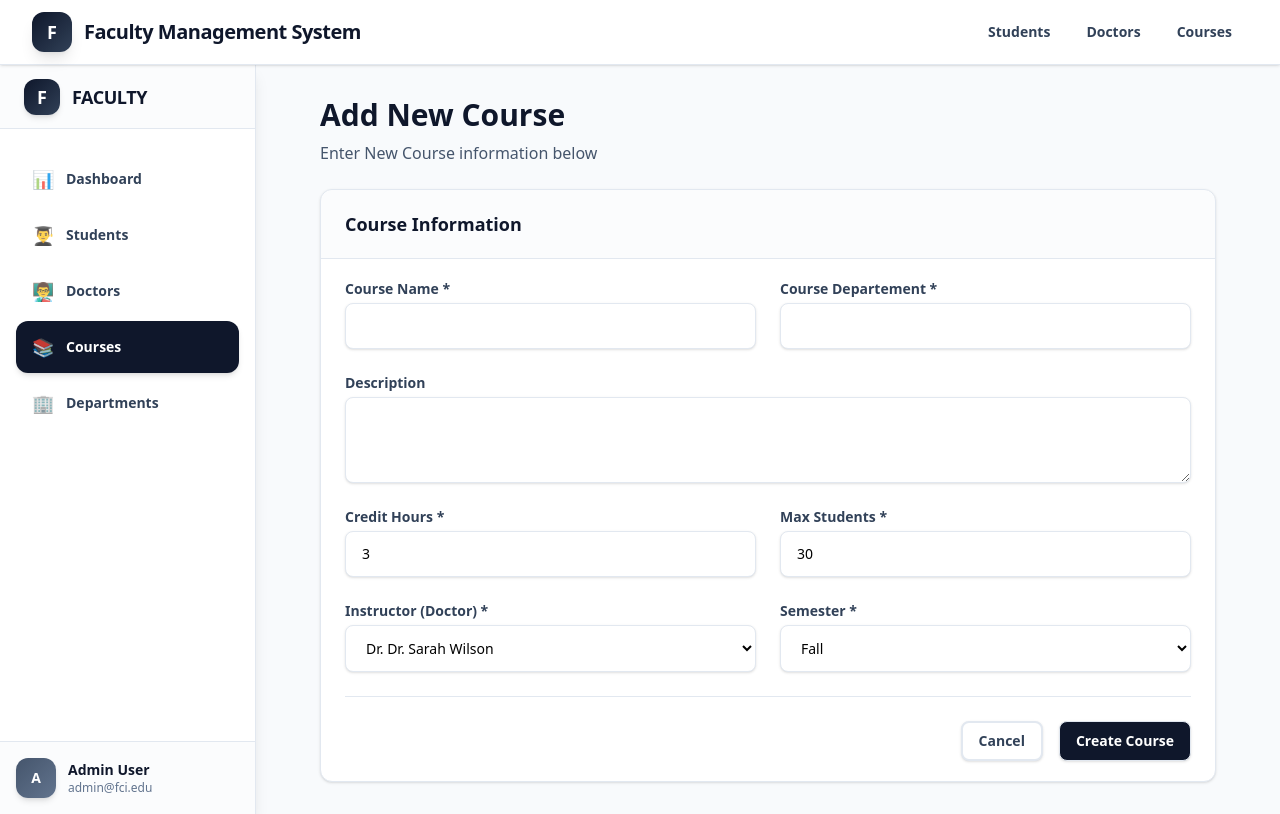
Repository: Mohamedmohsen179/Advanced-DB-Task
Page: /courses/new (app in frontend/)
These files come from the project's save history. The page is drawn as it stood at one moment and after the next save; the edit follows.
The browser window is 1280 px wide. The pictures show the whole page.
The project was rebuilt for these pictures with package versions that can differ from the ones it lists, and the page was loaded fresh each time. The framework's server and built-in components were replaced by stand-ins that run in the browser. Settings that the repository does not hold, such as keys and server addresses, were given made-up values. Also part of the build but not shown: frontend/next.config.ts.

Above is the page before, as saved 2025-11-29 01:50:54.

### frontend/app/layout.tsx
import type { Metadata } from "next";
import { Geist, Geist_Mono } from "next/font/google";
import "./globals.css";
import MainLayout from "../components/layout/MainLayout";

const geistSans = Geist({
  variable: "--font-geist-sans",
  subsets: ["latin"],
});

const geistMono = Geist_Mono({
  variable: "--font-geist-mono",
  subsets: ["latin"],
});

export const metadata: Metadata = {
  title: "University Management System",
  description: "A comprehensive university management system built with Next.js and TypeScript",
};

export default function RootLayout({
  children,
}: Readonly<{
  children: React.ReactNode;
}>) {
  return (
    <html lang="en">
      <body
        className={`${geistSans.variable} ${geistMono.variable} antialiased`}
      >
        <MainLayout>{children}</MainLayout>
      </body>
    </html>
  );
}

### frontend/app/courses/new/page.tsx
'use client';

import { useState, useEffect } from 'react';
import { useRouter } from 'next/navigation';
import { CreateCourseRequest } from '../../../types';
import { apiService } from '../../../services/api';
import { Card, CardContent, CardHeader } from '../../../components/ui/Card';
import Button from '../../../components/ui/Button';

export default function NewCoursePage() {
  const router = useRouter();
  const [loading, setLoading] = useState(false);
  const [error, setError] = useState<string | null>(null);
  const [departments, setDepartments] = useState<{ id: string; name: string; code: string }[]>([]);
  const [doctors, setDoctors] = useState<{ id: string; firstName: string; lastName: string }[]>([]);

  const [formData, setFormData] = useState<CreateCourseRequest>({
    name: '',
    code: '',
    description: '',
    credits: 3,
    departmentId: '',
    instructorId: '',
    semester: 'fall',
    year: new Date().getFullYear(),
    maxStudents: 30,
    prerequisites: [],
    syllabus: '',
    startDate: '',
    endDate: '',
  });

  const [prerequisiteInput, setPrerequisiteInput] = useState('');

  useEffect(() => {
    loadDepartments();
    loadDoctors();
  }, []);

  const loadDepartments = async () => {
    try {
      const response = await apiService.getDepartments();
      if (response.success && response.data.length > 0) {
        setDepartments(response.data.map(d => ({ id: d.id, name: d.name, code: d.code })));
        if (!formData.departmentId) {
          setFormData(prev => ({ ...prev, departmentId: response.data[0].id }));
        }
      }
    } catch (err) {
      console.error('Error loading departments:', err);
    }
  };

  const loadDoctors = async () => {
    try {
      const response = await apiService.getDoctors();
      if (response.success && response.data.length > 0) {
        setDoctors(response.data.map(d => ({ id: d.id, firstName: d.firstName, lastName: d.lastName })));
        if (!formData.instructorId) {
          setFormData(prev => ({ ...prev, instructorId: response.data[0].id }));
        }
      }
    } catch (err) {
      console.error('Error loading doctors:', err);
    }
  };

  const handleInputChange = (e: React.ChangeEvent<HTMLInputElement | HTMLSelectElement | HTMLTextAreaElement>) => {
    const { name, value } = e.target;
    setFormData(prev => ({
      ...prev,
      [name]: name === 'credits' || name === 'year' || name === 'maxStudents'
        ? parseInt(value) || 0
        : value,
    }));
  };

  const addPrerequisite = () => {
    if (prerequisiteInput.trim()) {
      setFormData(prev => ({
        ...prev,
        prerequisites: [...(prev.prerequisites || []), prerequisiteInput.trim()],
      }));
      setPrerequisiteInput('');
    }
  };

  const removePrerequisite = (index: number) => {
    setFormData(prev => ({
      ...prev,
      prerequisites: prev.prerequisites?.filter((_, i) => i !== index) || [],
    }));
  };

  const handleSubmit = async (e: React.FormEvent) => {
    e.preventDefault();
    setLoading(true);
    setError(null);

    try {
      const response = await apiService.createCourse(formData);

      if (response.success) {
        router.push('/courses');
      } else {
        setError('Failed to create course');
      }
    } catch (err) {
      setError('An error occurred while creating the course');
      console.error('Error creating course:', err);
    } finally {
      setLoading(false);
    }
  };

  return (
    <div className="max-w-4xl mx-auto">
      <div className="mb-6">
        <h1 className="text-3xl font-bold text-slate-900">Add New Course</h1>
        <p className="mt-2 text-base text-slate-600">
          Enter New Course information below
        </p>
      </div>

      {error && (
        <div className="mb-6 bg-red-50 border border-red-200 rounded-md p-4">
          <div className="flex">
            <div className="flex-shrink-0">
              <svg className="h-5 w-5 text-red-400" viewBox="0 0 20 20" fill="currentColor">
                <path fillRule="evenodd" d="M10 18a8 8 0 100-16 8 8 0 000 16zM8.707 7.293a1 1 0 00-1.414 1.414L8.586 10l-1.293 1.293a1 1 0 101.414 1.414L10 11.414l1.293 1.293a1 1 0 001.414-1.414L11.414 10l1.293-1.293a1 1 0 00-1.414-1.414L10 8.586 8.707 7.293z" clipRule="evenodd" />
              </svg>
            </div>
            <div className="ml-3">
              <h3 className="text-sm font-medium text-red-800">Error</h3>
              <div className="mt-2 text-sm text-red-700">
                <p>{error}</p>
              </div>
            </div>
          </div>
        </div>
      )}

      <Card>
        <CardHeader>
          <h2 className="text-lg font-semibold text-slate-900">Course Information</h2>
        </CardHeader>
        <CardContent>
          <form onSubmit={handleSubmit} className="space-y-6">
            <div className="grid grid-cols-1 md:grid-cols-2 gap-6">
              <div>
                <label htmlFor="name" className="block text-sm font-semibold text-slate-700">
                  Course Name *
                </label>
                <input
                  type="text"
                  id="name"
                  name="name"
                  required
                  value={formData.name}
                  onChange={handleInputChange}
                  className="text-black mt-1 block w-full border border-slate-300 rounded-lg px-4 py-3 text-sm focus:outline-none focus:ring-2 focus:ring-slate-500 focus:border-slate-500 transition-all duration-200 bg-white shadow-sm"
                />
              </div>

              <div>
                <label htmlFor="code" className="block text-sm font-semibold text-slate-700">
                  Course Departement *
                </label>
                <input
                  type="text"
                  id="code"
                  name="code"
                  required
                  value={formData.code}
                  onChange={handleInputChange}
                  className="text-black mt-1 block w-full border border-slate-300 rounded-lg px-4 py-3 text-sm focus:outline-none focus:ring-2 focus:ring-slate-500 focus:border-slate-500 transition-all duration-200 bg-white shadow-sm"
                />
              </div>

              <div className="md:col-span-2">
                <label htmlFor="description" className="block text-sm font-semibold text-slate-700">
                  Description
                </label>
                <textarea
                  id="description"
                  name="description"
                  rows={3}
                  value={formData.description}
                  onChange={handleInputChange}
                  className="text-black mt-1 block w-full border border-slate-300 rounded-lg px-4 py-3 text-sm focus:outline-none focus:ring-2 focus:ring-slate-500 focus:border-slate-500 transition-all duration-200 bg-white shadow-sm"
                />
              </div>

              <div>
                <label htmlFor="credits" className="block text-sm font-semibold text-slate-700">
                  Credit Hours *
                </label>
                <input
                  type="number"
                  id="credits"
                  name="credits"
                  required
                  min="1"
                  max="6"
                  value={formData.credits}
                  onChange={handleInputChange}
                  className="text-black mt-1 block w-full border border-slate-300 rounded-lg px-4 py-3 text-sm focus:outline-none focus:ring-2 focus:ring-slate-500 focus:border-slate-500 transition-all duration-200 bg-white shadow-sm"
                />
              </div>

              <div>
                <label htmlFor="maxStudents" className="block text-sm font-semibold text-slate-700">
                  Max Students *
                </label>
                <input
                  type="number"
                  id="maxStudents"
                  name="maxStudents"
                  required
                  min="1"
                  value={formData.maxStudents}
                  onChange={handleInputChange}
                  className="text-black mt-1 block w-full border border-slate-300 rounded-lg px-4 py-3 text-sm focus:outline-none focus:ring-2 focus:ring-slate-500 focus:border-slate-500 transition-all duration-200 bg-white shadow-sm"
                />
              </div>

              <div>
                <label htmlFor="instructorId" className="block text-sm font-semibold text-slate-700">
                  Instructor (Doctor) *
                </label>
                <select
                  id="instructorId"
                  name="instructorId"
                  required
                  value={formData.instructorId}
                  onChange={handleInputChange}
                  className="text-black mt-1 block w-full border border-slate-300 rounded-lg px-4 py-3 text-sm focus:outline-none focus:ring-2 focus:ring-slate-500 focus:border-slate-500 transition-all duration-200 bg-white shadow-sm"
                >
                  <option value="">Select Instructor</option>
                  {doctors.map(doctor => (
                    <option key={doctor.id} value={doctor.id}>
                      Dr. {doctor.firstName} {doctor.lastName}
                    </option>
                  ))}
                </select>
              </div>

              <div>
                <label htmlFor="semester" className="block text-sm font-semibold text-slate-700">
                  Semester *
                </label>
                <select
                  id="semester"
                  name="semester"
                  required
                  value={formData.semester}
                  onChange={handleInputChange}
                  className="text-black mt-1 block w-full border border-slate-300 rounded-lg px-4 py-3 text-sm focus:outline-none focus:ring-2 focus:ring-slate-500 focus:border-slate-500 transition-all duration-200 bg-white shadow-sm"
                >
                  <option value="fall">Fall</option>
                  <option value="spring">Spring</option>
                  <option value="summer">Summer</option>
                  <option value="winter">Winter</option>
                </select>
              </div>
            </div>

            <div className="flex justify-end space-x-4 pt-6 border-t border-slate-200">
              <Button
                type="button"
                variant="outline"
                onClick={() => router.back()}
              >
                Cancel
              </Button>
              <Button
                type="submit"
                loading={loading}
              >
                Create Course
              </Button>
            </div>
          </form>
        </CardContent>
      </Card>
    </div>
  );
}

### frontend/app/globals.css
@import "tailwindcss";

:root {
  --background: #fafafa;
  --foreground: #0f172a;
  --primary: #2563eb;
  --primary-foreground: #ffffff;
  --secondary: #f1f5f9;
  --secondary-foreground: #334155;
  --muted: #f8fafc;
  --muted-foreground: #64748b;
  --accent: #f1f5f9;
  --accent-foreground: #0f172a;
  --border: #e2e8f0;
  --input: #ffffff;
  --ring: #2563eb;
  --radius: 0.5rem;
}

@theme inline {
  --color-background: var(--background);
  --color-foreground: var(--foreground);
  --font-sans: var(--font-geist-sans);
  --font-mono: var(--font-geist-mono);
}

@media (prefers-color-scheme: dark) {
  :root {
    --background: #020617;
    --foreground: #f8fafc;
    --primary: #3b82f6;
    --primary-foreground: #f8fafc;
    --secondary: #1e293b;
    --secondary-foreground: #f8fafc;
    --muted: #1e293b;
    --muted-foreground: #94a3b8;
    --accent: #1e293b;
    --accent-foreground: #f8fafc;
    --border: #334155;
    --input: #1e293b;
    --ring: #3b82f6;
  }
}

* {
  border-color: var(--border);
}

body {
  background: var(--background);
  color: var(--foreground);
  font-family: var(--font-sans), system-ui, -apple-system, sans-serif;
  line-height: 1.6;
  -webkit-font-smoothing: antialiased;
  -moz-osx-font-smoothing: grayscale;
}

::-webkit-scrollbar {
  width: 8px;
  height: 8px;
}

::-webkit-scrollbar-track {
  background: var(--muted);
}

::-webkit-scrollbar-thumb {
  background: var(--muted-foreground);
  border-radius: 4px;
}

::-webkit-scrollbar-thumb:hover {
  background: var(--foreground);
}

/* Focus styles */
.focus-visible {
  outline: 2px solid var(--ring);
  outline-offset: 2px;
}

/* Professional shadows */
.shadow-professional {
  box-shadow: 0 1px 3px 0 rgb(0 0 0 / 0.1), 0 1px 2px -1px rgb(0 0 0 / 0.1);
}

.shadow-professional-lg {
  box-shadow: 0 10px 15px -3px rgb(0 0 0 / 0.1), 0 4px 6px -4px rgb(0 0 0 / 0.1);
}

### frontend/components/layout/MainLayout.tsx
'use client';

import { useState } from 'react';
import Navbar from './Navbar';
import Sidebar from './Sidebar';

interface MainLayoutProps {
  children: React.ReactNode;
}

export default function MainLayout({ children }: MainLayoutProps) {
  const [sidebarOpen, setSidebarOpen] = useState(false);

  return (
    <div className="min-h-screen bg-slate-50">
      <Navbar />

      <div className="flex">
        <Sidebar
          isOpen={sidebarOpen}
          onClose={() => setSidebarOpen(false)}
        />

        <div className="flex-1 lg:ml-0">
          <div className="lg:hidden">
            <button
              onClick={() => setSidebarOpen(true)}
              className="fixed top-20 left-4 z-10 bg-white p-3 rounded-xl shadow-professional border border-slate-200 hover:shadow-professional-lg transition-all duration-200"
            >
              <svg className="w-5 h-5 text-slate-600" fill="none" stroke="currentColor" viewBox="0 0 24 24">
                <path strokeLinecap="round" strokeLinejoin="round" strokeWidth={2} d="M4 6h16M4 12h16M4 18h16" />
              </svg>
            </button>
          </div>

          <main className="p-6 lg:p-8">
            <div className="max-w-7xl mx-auto">
              {children}
            </div>
          </main>
        </div>
      </div>
    </div>
  );
}

### frontend/components/ui/Card.tsx
import { HTMLAttributes, forwardRef } from 'react';

interface CardProps extends HTMLAttributes<HTMLDivElement> {
  children: React.ReactNode;
}

const Card = forwardRef<HTMLDivElement, CardProps>(
  ({ className = '', children, ...props }, ref) => {
    return (
      <div
        ref={ref}
        className={`bg-white rounded-xl border border-slate-200 shadow-professional hover:shadow-professional-lg transition-shadow duration-200 ${className}`}
        {...props}
      >
        {children}
      </div>
    );
  }
);

Card.displayName = 'Card';

interface CardHeaderProps extends HTMLAttributes<HTMLDivElement> {
  children: React.ReactNode;
}

const CardHeader = forwardRef<HTMLDivElement, CardHeaderProps>(
  ({ className = '', children, ...props }, ref) => {
    return (
      <div
        ref={ref}
        className={`px-6 py-5 border-b border-slate-200 bg-slate-50/50 rounded-t-xl ${className}`}
        {...props}
      >
        {children}
      </div>
    );
  }
);

CardHeader.displayName = 'CardHeader';

interface CardContentProps extends HTMLAttributes<HTMLDivElement> {
  children: React.ReactNode;
}

const CardContent = forwardRef<HTMLDivElement, CardContentProps>(
  ({ className = '', children, ...props }, ref) => {
    return (
      <div
        ref={ref}
        className={`px-6 py-5 ${className}`}
        {...props}
      >
        {children}
      </div>
    );
  }
);

CardContent.displayName = 'CardContent';

interface CardFooterProps extends HTMLAttributes<HTMLDivElement> {
  children: React.ReactNode;
}

const CardFooter = forwardRef<HTMLDivElement, CardFooterProps>(
  ({ className = '', children, ...props }, ref) => {
    return (
      <div
        ref={ref}
        className={`px-6 py-5 border-t border-slate-200 bg-slate-50 rounded-b-xl ${className}`}
        {...props}
      >
        {children}
      </div>
    );
  }
);

CardFooter.displayName = 'CardFooter';

export { Card, CardHeader, CardContent, CardFooter };

### frontend/components/ui/Button.tsx
import { ButtonHTMLAttributes, forwardRef } from 'react';

interface ButtonProps extends ButtonHTMLAttributes<HTMLButtonElement> {
  variant?: 'primary' | 'secondary' | 'danger' | 'outline';
  size?: 'sm' | 'md' | 'lg';
  loading?: boolean;
}

const Button = forwardRef<HTMLButtonElement, ButtonProps>(
  ({ className = '', variant = 'primary', size = 'md', loading = false, children, disabled, ...props }, ref) => {
    const baseClasses = 'inline-flex items-center justify-center font-semibold rounded-lg transition-all duration-200 focus:outline-none focus:ring-2 focus:ring-offset-2 disabled:opacity-50 disabled:cursor-not-allowed shadow-sm hover:shadow-md active:scale-[0.98]';

    const variantClasses = {
      primary: 'bg-slate-900 text-white hover:bg-slate-800 focus:ring-slate-500 border border-slate-900',
      secondary: 'bg-slate-100 text-slate-900 hover:bg-slate-200 focus:ring-slate-500 border border-slate-200',
      danger: 'bg-red-600 text-white hover:bg-red-700 focus:ring-red-500 border border-red-600',
      outline: 'border-2 border-slate-300 text-slate-700 bg-white hover:bg-slate-50 hover:border-slate-400 focus:ring-slate-500',
    };

    const sizeClasses = {
      sm: 'px-3 py-2 text-sm h-9',
      md: 'px-4 py-2.5 text-sm h-10',
      lg: 'px-6 py-3 text-base h-12',
    };

    return (
      <button
        ref={ref}
        className={`${baseClasses} ${variantClasses[variant]} ${sizeClasses[size]} ${className}`}
        disabled={disabled || loading}
        {...props}
      >
        {loading && (
          <svg className="animate-spin -ml-1 mr-2 h-4 w-4" fill="none" viewBox="0 0 24 24">
            <circle className="opacity-25" cx="12" cy="12" r="10" stroke="currentColor" strokeWidth="4" />
            <path className="opacity-75" fill="currentColor" d="M4 12a8 8 0 018-8V0C5.373 0 0 5.373 0 12h4zm2 5.291A7.962 7.962 0 014 12H0c0 3.042 1.135 5.824 3 7.938l3-2.647z" />
          </svg>
        )}
        {children}
      </button>
    );
  }
);

Button.displayName = 'Button';

export default Button;

Loaded but not shown: frontend/services/api.ts (635 lines, source omitted); frontend/components/layout/Sidebar.tsx (152 lines, source omitted); frontend/components/layout/Navbar.tsx (95 lines, source omitted)

After the next save:
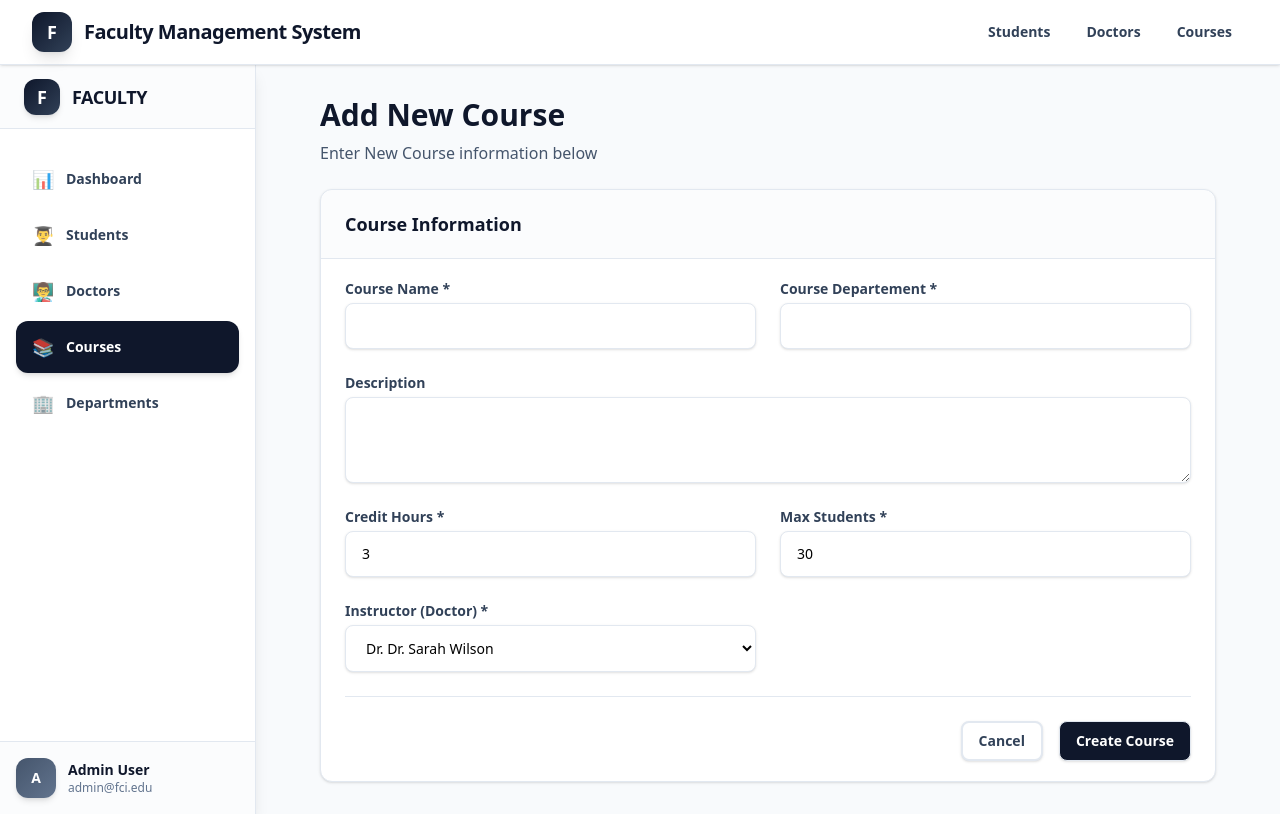
Saved 8 s later.
--- a/frontend/app/courses/new/page.tsx
+++ b/frontend/app/courses/new/page.tsx
@@ -245,24 +245,7 @@ export default function NewCoursePage() {
                 </select>
               </div>
 
-              <div>
-                <label htmlFor="semester" className="block text-sm font-semibold text-slate-700">
-                  Semester *
-                </label>
-                <select
-                  id="semester"
-                  name="semester"
-                  required
-                  value={formData.semester}
-                  onChange={handleInputChange}
-                  className="text-black mt-1 block w-full border border-slate-300 rounded-lg px-4 py-3 text-sm focus:outline-none focus:ring-2 focus:ring-slate-500 focus:border-slate-500 transition-all duration-200 bg-white shadow-sm"
-                >
-                  <option value="fall">Fall</option>
-                  <option value="spring">Spring</option>
-                  <option value="summer">Summer</option>
-                  <option value="winter">Winter</option>
-                </select>
-              </div>
+
             </div>
 
             <div className="flex justify-end space-x-4 pt-6 border-t border-slate-200">
